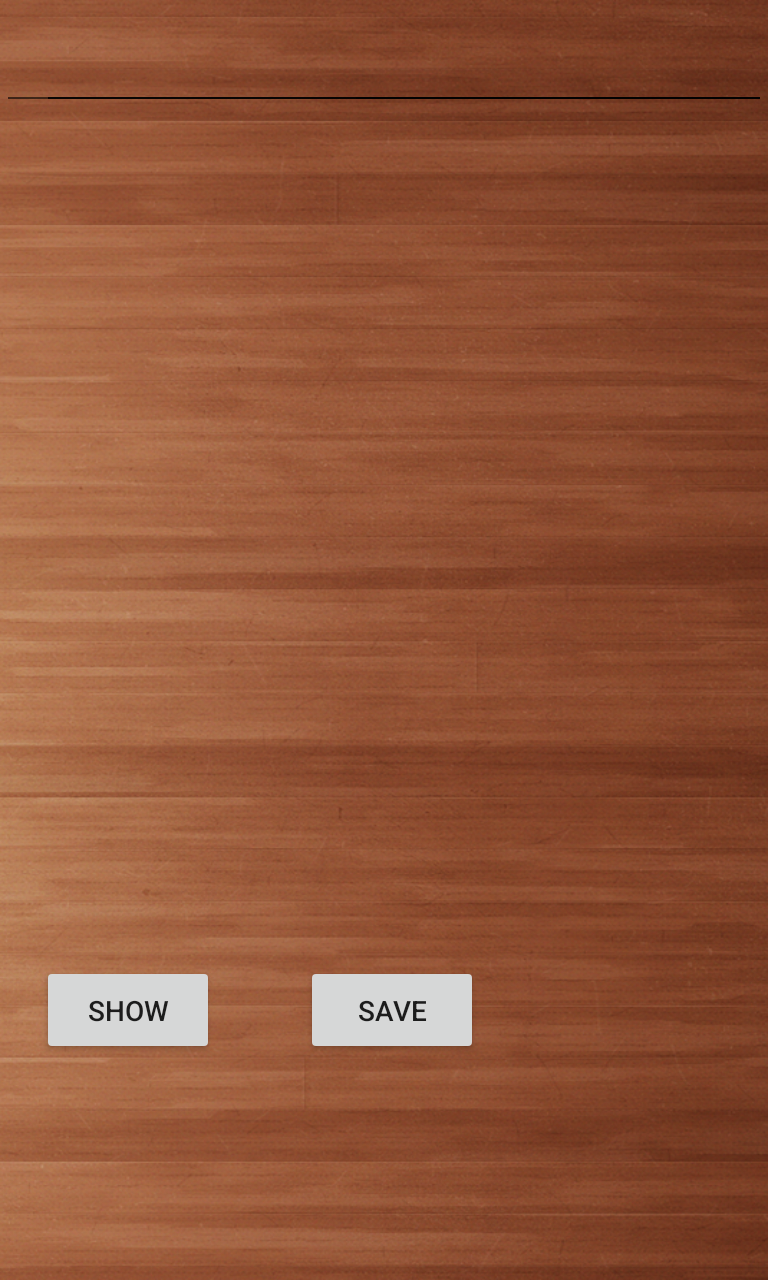
Repository: vipinvkamara/layouts
Layout: RegistrationForm/res/layout/activity_form.xml
The author's editor kept a copy of each file at every save. The layout is drawn from the files as they stood at one save, then again after the next save.
It is drawn on a 768 x 1280 px phone screen (xhdpi) without system bars, with theme AppTheme; the app's code is not run.

Above is the layout before, as saved 2014-12-16 22:46:50.

After the next save:
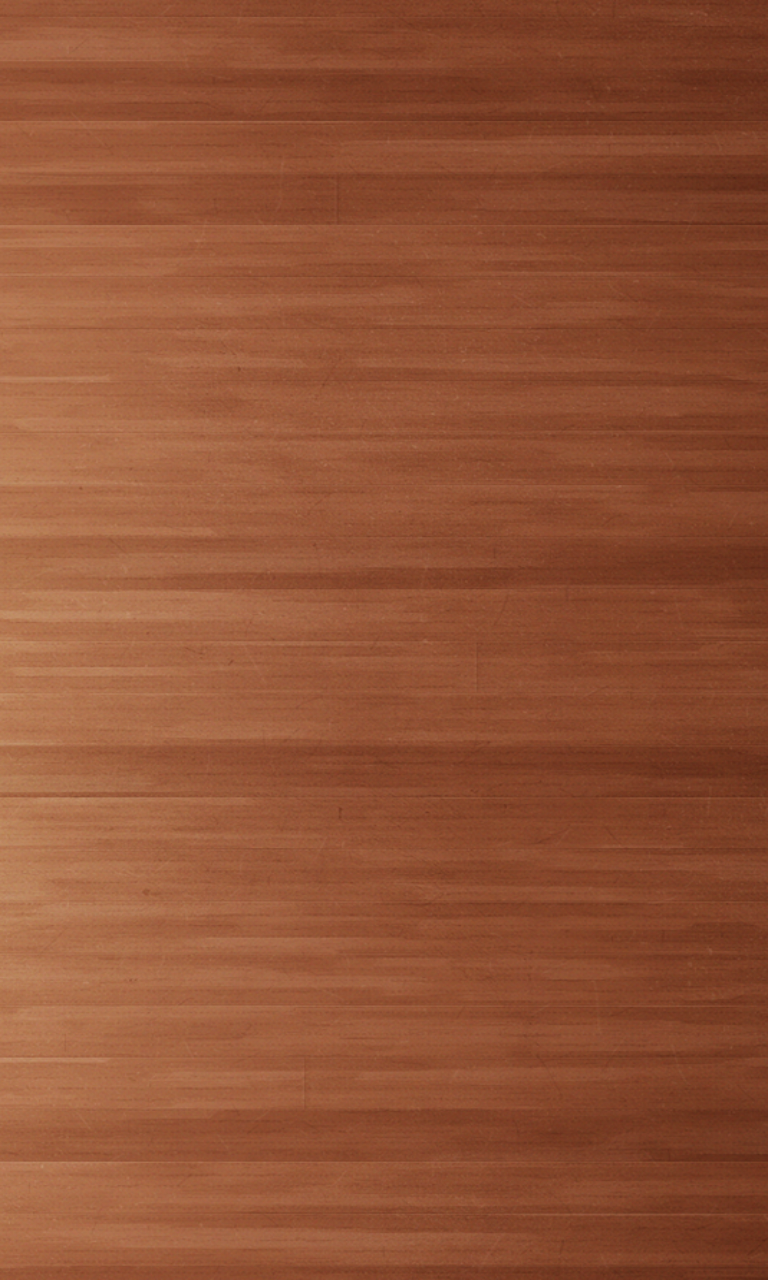
Saved 3 min 35 s later.
--- a/RegistrationForm/res/layout/activity_form.xml
+++ b/RegistrationForm/res/layout/activity_form.xml
@@ -1,74 +1,11 @@
 <RelativeLayout xmlns:android="http://schemas.android.com/apk/res/android"
     xmlns:tools="http://schemas.android.com/tools"
+    xmlns:android1="http://schemas.android.com/apk/res/android"
     android:layout_width="match_parent"
+    android:layout_height="match_parent"
     android:background="@drawable/ic_woo"
-    android:layout_height="match_parent"
-    android:paddingBottom="@dimen/activity_vertical_margin"
-    android:paddingTop="@dimen/activity_vertical_margin"
     tools:context="com.example.registrationform.MainActivity" >
 
 
-    <EditText
-        android:id="@+id/editText1"
-        android:layout_width="wrap_content"
-        android:layout_height="wrap_content"
-        android:layout_alignBaseline="@+id/textView1"
-        android:layout_alignBottom="@+id/textView1"
-        android:layout_alignParentRight="true"
-        android:layout_toRightOf="@+id/textView1"
-        android:ems="10"
-        android:textColor="#ff00ff" android:inputType="">
-
-    </EditText>
-
-    <EditText
-        android:id="@+id/EditText01"
-        android:layout_width="wrap_content"
-        android:layout_height="wrap_content"
-        android:layout_alignBottom="@+id/textView2"
-        android:layout_alignLeft="@+id/editText2"
-        android:layout_alignParentRight="true"
-        android:ems="10"
-        android:textColor="#ff00ff" />
-
-    <Button
-        android:id="@+id/button2"
-        android:layout_width="wrap_content"
-        android:layout_height="wrap_content"
-        android:layout_alignBaseline="@+id/button1"
-        android:layout_alignBottom="@+id/button1"
-        android:layout_marginLeft="44dp"
-        android:layout_toRightOf="@+id/button1"
-        android:text="SAVE" />
-
-    <Button
-        android:id="@+id/button1"
-        android:layout_width="wrap_content"
-        android:layout_height="wrap_content"
-        android:layout_alignLeft="@+id/EditText01"
-        android:layout_alignParentBottom="true"
-        android:layout_marginBottom="95dp"
-        android:text="SHOW" />
-
-
-    <EditText
-        android:id="@+id/editText2"
-        android:layout_width="match_parent"
-        android:layout_height="wrap_content"
-        android:layout_above="@+id/textView4"
-        android:layout_alignLeft="@+id/editText3"
-        android:layout_marginLeft="20dp"
-        android:ems="10"
-        android:inputType="number" />
-
-    <EditText
-        android:id="@+id/editText3"
-        android:layout_width="match_parent"
-        android:layout_height="wrap_content"
-        android:layout_alignBaseline="@+id/textView4"
-        android:layout_alignBottom="@+id/textView4"
-        android:layout_toRightOf="@+id/textView4"
-        android:ems="10"
-        android:inputType="date" />
 
 </RelativeLayout>
